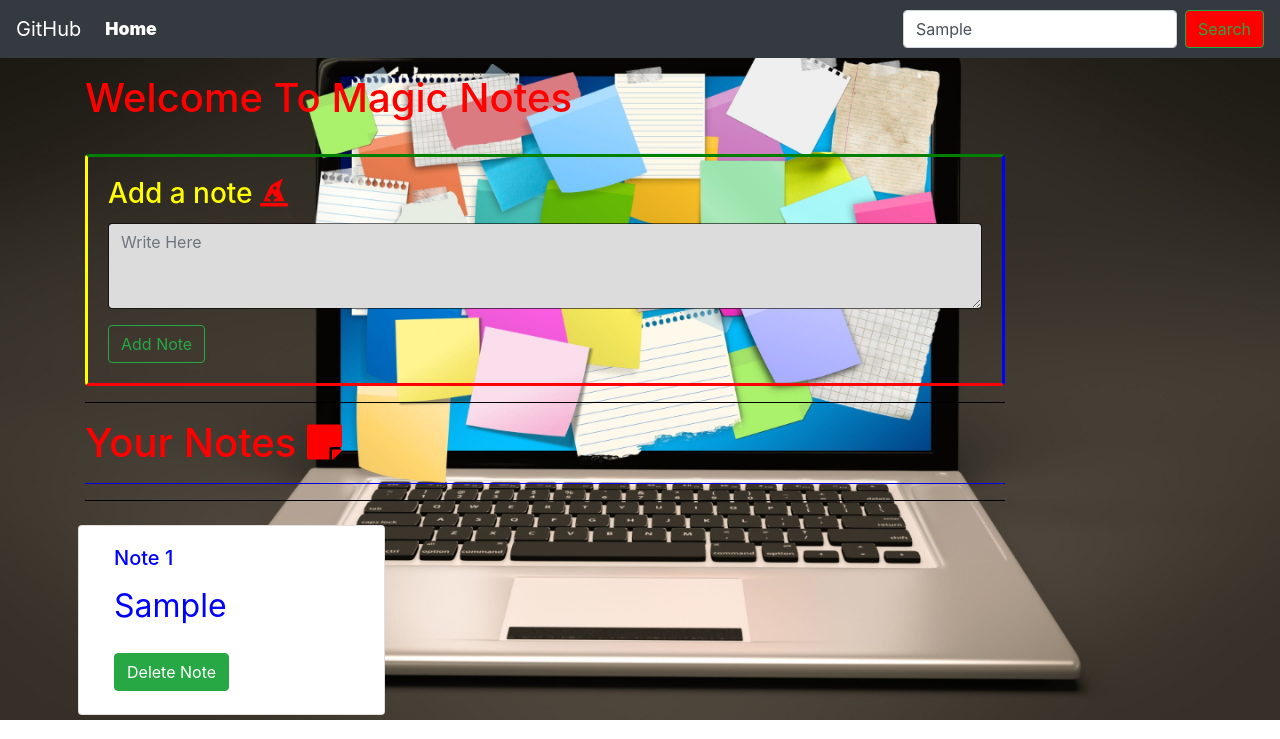
Repository: Prrajainn/Project-MagiCNotes
Page: magicNotes.html
These files come from the project's save history. The page is drawn as it stood at one moment and after the next save; the edit follows.
The browser window is 1280 px wide. The pictures show the whole page.
Empty fields were first filled with sample values (such as "Sample", 5 or name@example.com).
After loading, the first visible `#addBtn` was clicked once.

Above is the page before, as saved 2020-08-11 21:35:32.

### magicNotes.html
<!doctype html>
<html lang="en">

<head>

  <!-- Required meta tags -->
  <meta charset="utf-8">
  <meta name="viewport" content="width=device-width, initial-scale=1, shrink-to-fit=no">

  <!-- Bootstrap CSS -->
  <link rel="stylesheet" href="bootstrap/css/bootstrap.min.css">
  <link rel="stylesheet" href="fontawesome-free-5.13.0-web/css/all.css">
  <link rel="stylesheet" href="CSS/style.css">

  <title> MagiCNotes </title>
  <style>

    body {
      background-image: url("notes2.jpg");

      background-repeat: no-repeat;
      background-size: cover;

      background-attachment: fixed;

    }
  </style>
</head>

<body>

  <nav class="sticky-top navbar navbar-expand-lg navbar-dark bg-dark">
    <a class="navbar-brand" href="https://github.com/Prrajainn">GitHub</a>
    <button class="navbar-toggler" type="button" data-toggle="collapse" data-target="#navbarSupportedContent"
      aria-controls="navbarSupportedContent" aria-expanded="false" aria-label="Toggle navigation">
      <span class="navbar-toggler-icon"></span>
    </button>

    <div class="collapse navbar-collapse" id="navbarSupportedContent">
      <ul class="navbar-nav mr-auto">
        <li class="nav-item active">
          <a class="nav-link" href="magicNotes.html">Home <span class="sr-only">(current)</span></a>
        </li>

      </ul>
      <form class="form-inline my-2 my-lg-0">
        <input class="form-control mr-sm-2" id="searchTxt" type="search" placeholder="Search" aria-label="Search">
        <button style="background-color: red;" class="btn btn-outline-success my-2 my-sm-0"
          type="submit">Search</button>
      </form>
    </div>
  </nav>
  <div class="container my-3">
    <div class="row">
      <div class="col-10">
        <h1 style="color: red">Welcome To Magic Notes</h1>
        <br>
        <div style="border: solid ; background-color: transparent ; border-color:green blue red yellow " class="card">
          <div class="card-body">
            <h3 style="color:yellow;" class="card-title">Add a note <i style="color: red ;"
                class="fas fa-hat-wizard"></i></h3>
            <div class="form-group">

              <textarea placeholder="Write Here"
                style=" border-color: rgba(0, 0, 0, 0.589); background-color: gainsboro; " class="form-control"
                id="addTxt" rows="3"></textarea>
            </div>
            <button class="btn btn-outline-success" id="addBtn">Add Note </button>
          </div>
        </div>
        <hr color="black">
        <h1 style="color: red;">Your Notes <i style="color: red;" class="fas fa-sticky-note"></i></h1>
        <hr color="blue">
        <hr color="black">
        <div id="notes" class="row container-fluid"></div>
      </div>

    </div>
  </div>






    <script src="bootstrap/js/jquery-3.4.1.slim.min.js"></script>
    <script src="bootstrap/js/popper.min.js"></script>
    <script src="bootstrap/js/bootstrap.min.js"></script>
    <script src="app.js"></script>

</body>

</html>

### CSS/style.css
#topheader{
    background-color : blue;
    border-bottom: px solid black;
}
#nocolo{
    color: black;
}
.container-fluid{
    padding-left: 0%;
    padding-right: 0%;
}
nav ul li a{

    font-size: 1.1rem;
    font-weight: 1000 ;
}
/*START OF FOOTER*/
.full-footer{
    background-color:#1e3799;
    width: 100%;
}
.top-footer p{
    color: white;
}
.top-footer a{
 font-weight: 600;
    color: whitesmoke;
}
.top-footer h3{
    color: white;
}
.bottom-footer{
    background-color:teal;
}
.bottom-footer p{
    color: white;
}
/* End of footer*/
.myimage{
    width: 50%;
}
.top-hero{
    background-color: salmon;
}
.sea{
  animation-fill-mode: both;
}

### app.js

console.log("Welcome to notes app. This is app.js");
// Pehle hi show notes islie kiya taaki hamesha pehle dikhaye refresh hone ke baad bhi page
showNotes();

// If user adds a note, add it to the localStorage
let addBtn = document.getElementById("addBtn");
addBtn.addEventListener("click", function(e) {

  let addTxt = document.getElementById("addTxt");
  let notes = localStorage.getItem("notes");
  if (notes == null) {
    notesObj = [];
  } else {
    notesObj = JSON.parse(notes);
  }
  notesObj.push(addTxt.value);
  localStorage.setItem("notes", JSON.stringify(notesObj));
  addTxt.value = "";
//   console.log(notesObj);
  showNotes();
});

// Function to show elements from localStorage
function showNotes() {
  let notes = localStorage.getItem("notes");
  if (notes == null) {
    notesObj = [];
  } else {
    notesObj = JSON.parse(notes);
  }
  let html = "";
  notesObj.forEach(function(element, index) { // element maane andar ka content
    html += `
            <div class="noteCard my-2 mx-2 card col-4" style="width: 18rem;">
                    <div class="card-body">
                        <h5 class="card-title">Note ${index + 1}</h5>
                        <p class="card-text"> ${element}</p>
                        <button id="${index}"onclick="deleteNote(this.id)" class="btn btn-success">Delete Note</button>
                    </div>
                </div>`;
  });
  let notesElm = document.getElementById("notes");
  if (notesObj.length != 0) {
    notesElm.innerHTML = html;
  } else {//notesElm.setAttribute('style','color: blue' );
  notesElm.setAttribute('style','font-size: 200% ; color: blue' );
    notesElm.innerHTML = `  Nothing to show! Use "Add a Note" section above to add notes.`;
  }
}

// Function to delete a note
function deleteNote(index) {
//   console.log("I am deleting", index);

  let notes = localStorage.getItem("notes");
  if (notes == null) {
    notesObj = [];
  } else {
    notesObj = JSON.parse(notes);
  }

  notesObj.splice(index, 1);
  localStorage.setItem("notes", JSON.stringify(notesObj)); // update kar rhe hein
  showNotes();// firse show kar rhe hein
}


let search = document.getElementById('searchTxt');
search.addEventListener("input", function(){

    let inputVal = search.value.toLowerCase();
    // console.log('Input event fired!', inputVal);
    let noteCards = document.getElementsByClassName('noteCard');
    Array.from(noteCards).forEach(function(element){
        let cardTxt = element.getElementsByTagName("p")[0].innerText;
        if(cardTxt.includes(inputVal)){
            element.style.display = "block";
        }
        else{
            element.style.display = "none";
        }
        // console.log(cardTxt);
    })
})

/*
Further Features:
1. Add Title
2. Mark a note as Important
3. Separate notes by user
4. Sync and host to web server
*/

Loaded but not shown: bootstrap/css/bootstrap.min.css (library); fontawesome-free-5.13.0-web/css/all.css (library); bootstrap/js/jquery-3.4.1.slim.min.js (library); bootstrap/js/popper.min.js (library); bootstrap/js/bootstrap.min.js (library)

After the next save:
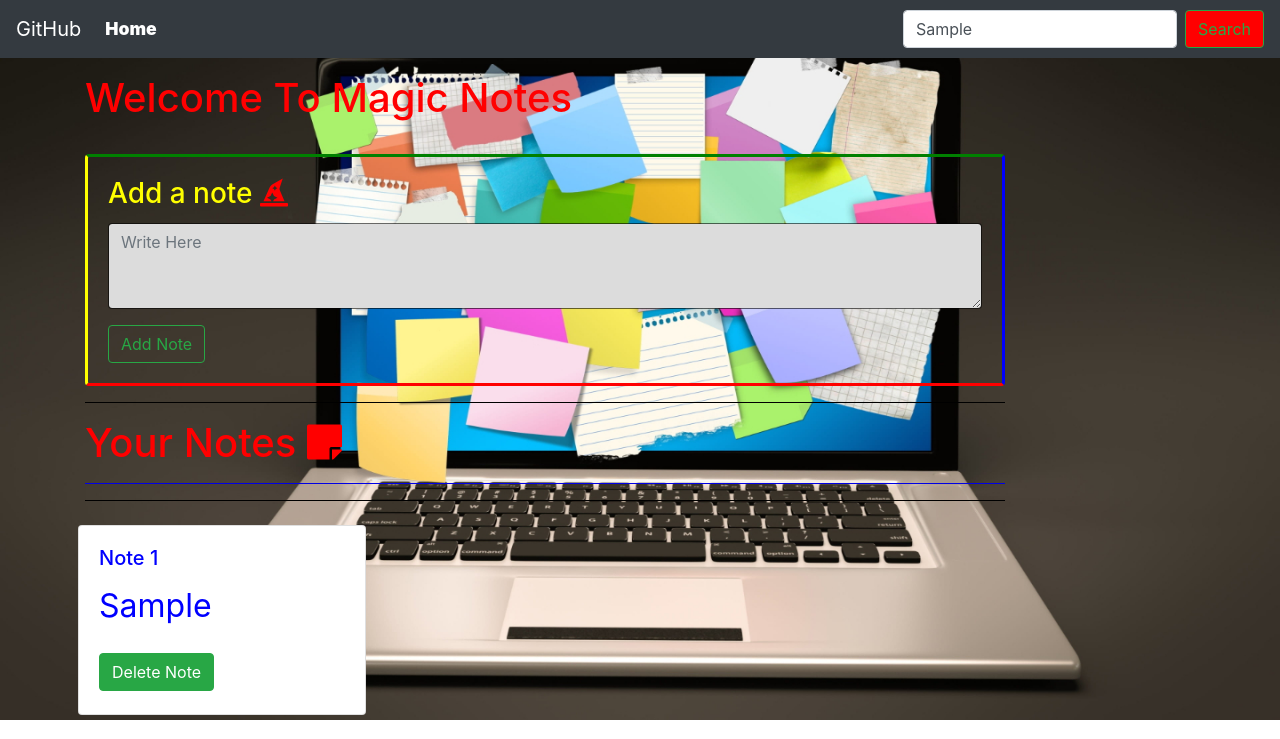
Saved 7 s later.
--- a/app.js
+++ b/app.js
@@ -32,7 +32,7 @@ function showNotes() {
   let html = "";
   notesObj.forEach(function(element, index) { // element maane andar ka content
     html += `
-            <div class="noteCard my-2 mx-2 card col-4" style="width: 18rem;">
+            <div class="noteCard my-2 mx-2 card " style="width: 18rem;">
                     <div class="card-body">
                         <h5 class="card-title">Note ${index + 1}</h5>
                         <p class="card-text"> ${element}</p>
